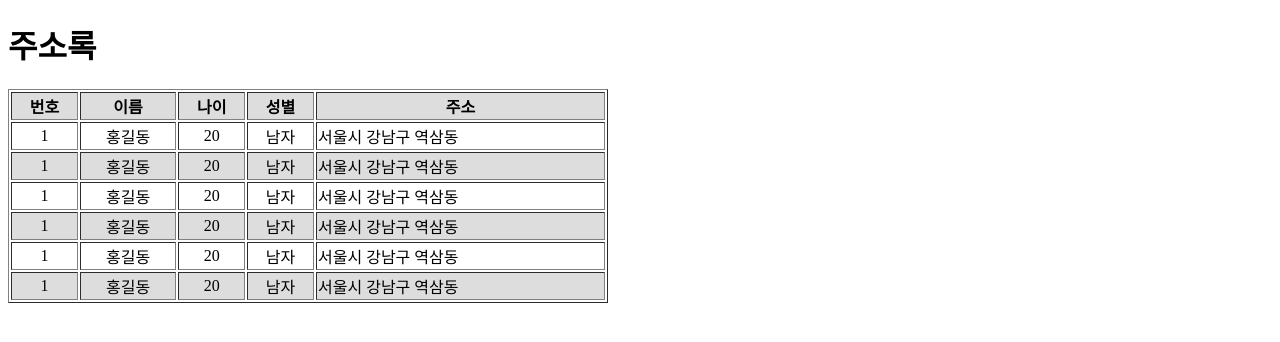
Repository: sungken/htmlProject
Page: ClientTest/src/main/webapp/html/ex16_table.html
These files come from the project's save history. The page is drawn as it stood at one moment and after the next save; the edit follows.
The browser window is 1280 px wide. The pictures show the whole page.

Above is the page before, as saved 2024-03-13 07:16:53.

### ClientTest/src/main/webapp/html/ex16_table.html
<!DOCTYPE html>
<html>
<head>
<meta charset="UTF-8">
<title>Insert title here</title>
</head>
<body>
	<!-- ex16_table.html -->
	<h1>주소록</h1>

	<table border="1" width="600">
		<!-- <tr bgcolor="#dddddd">
			<td width="50" align="center"><b>번호</b></td>
			<td width="70" align="center"><b>이름</td>
			<td width="50" align="center"><b>나이</b></td>
			<td width="70" align="center"><b>성별</b></td>
			<td width="360" align="center"><b>주소</b></td>
		</tr> -->
		<tr bgcolor="#dddddd">
			<th>번호</th>
			<th>이름</th>
			<th>나이</th>
			<th>성별</th>
			<th>주소</th>

		</tr>

		<tr>
			<td align="center" rowsapn="3">1</td>
			<td align="center">홍길동</td>
			<td align="center">20</td>
			<td align="center">남자</td>
			<td align="left">서울시 강남구 역삼동</td>
		</tr>
		<tr bgcolor="#dddddd">
			<td align="center">1</td>
			<td align="center">홍길동</td>
			<td align="center">20</td>
			<td align="center">남자</td>
			<td align="left">서울시 강남구 역삼동</td>
		</tr>
		<tr>
			<td align="center">1</td>
			<td align="center">홍길동</td>
			<td align="center">20</td>
			<td align="center">남자</td>
			<td align="left">서울시 강남구 역삼동</td>
		</tr>
		<tr bgcolor="#dddddd">
			<td align="center">1</td>
			<td align="center">홍길동</td>
			<td align="center">20</td>
			<td align="center">남자</td>
			<td align="left">서울시 강남구 역삼동</td>
		</tr>
		<tr>
			<td align="center">1</td>
			<td align="center">홍길동</td>
			<td align="center">20</td>
			<td align="center">남자</td>
			<td align="left">서울시 강남구 역삼동</td>
		</tr>
		<tr bgcolor="#dddddd">
			<td align="center">1</td>
			<td align="center">홍길동</td>
			<td align="center">20</td>
			<td align="center">남자</td>
			<td align="left">서울시 강남구 역삼동</td>
		</tr>


	</table>

</body>
</html>

After the next save:
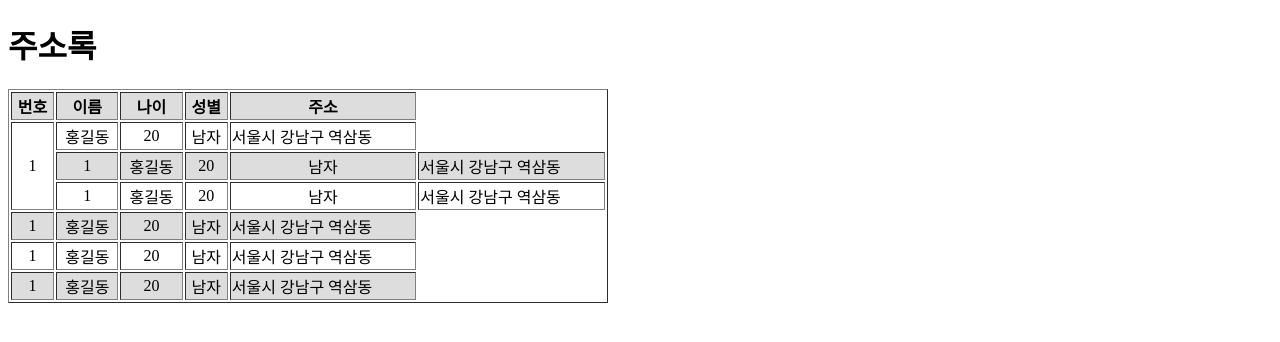
Saved 26 s later.
--- a/ClientTest/src/main/webapp/html/ex16_table.html
+++ b/ClientTest/src/main/webapp/html/ex16_table.html
@@ -26,7 +26,7 @@
 		</tr>
 
 		<tr>
-			<td align="center" rowsapn="3">1</td>
+			<td align="center" rowspan="3">1</td>
 			<td align="center">홍길동</td>
 			<td align="center">20</td>
 			<td align="center">남자</td>

After the save that followed:
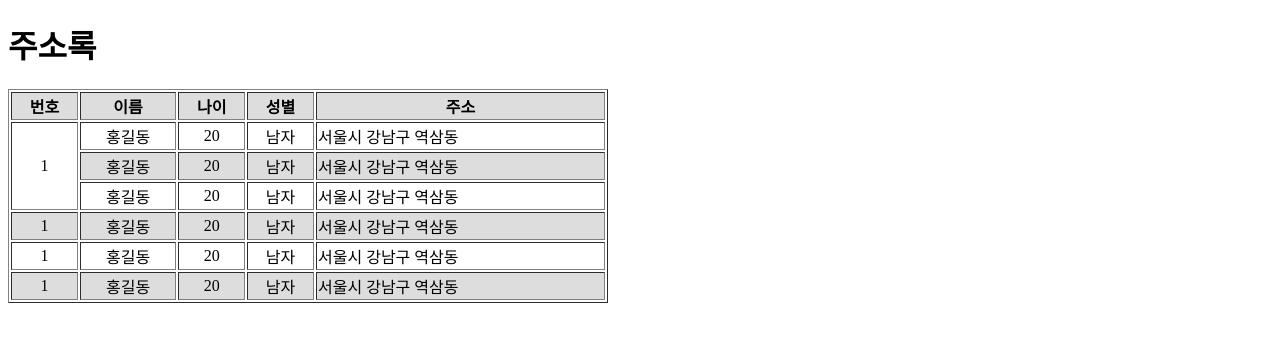
Saved 12 s later.
--- a/ClientTest/src/main/webapp/html/ex16_table.html
+++ b/ClientTest/src/main/webapp/html/ex16_table.html
@@ -33,14 +33,12 @@
 			<td align="left">서울시 강남구 역삼동</td>
 		</tr>
 		<tr bgcolor="#dddddd">
-			<td align="center">1</td>
 			<td align="center">홍길동</td>
 			<td align="center">20</td>
 			<td align="center">남자</td>
 			<td align="left">서울시 강남구 역삼동</td>
 		</tr>
 		<tr>
-			<td align="center">1</td>
 			<td align="center">홍길동</td>
 			<td align="center">20</td>
 			<td align="center">남자</td>
